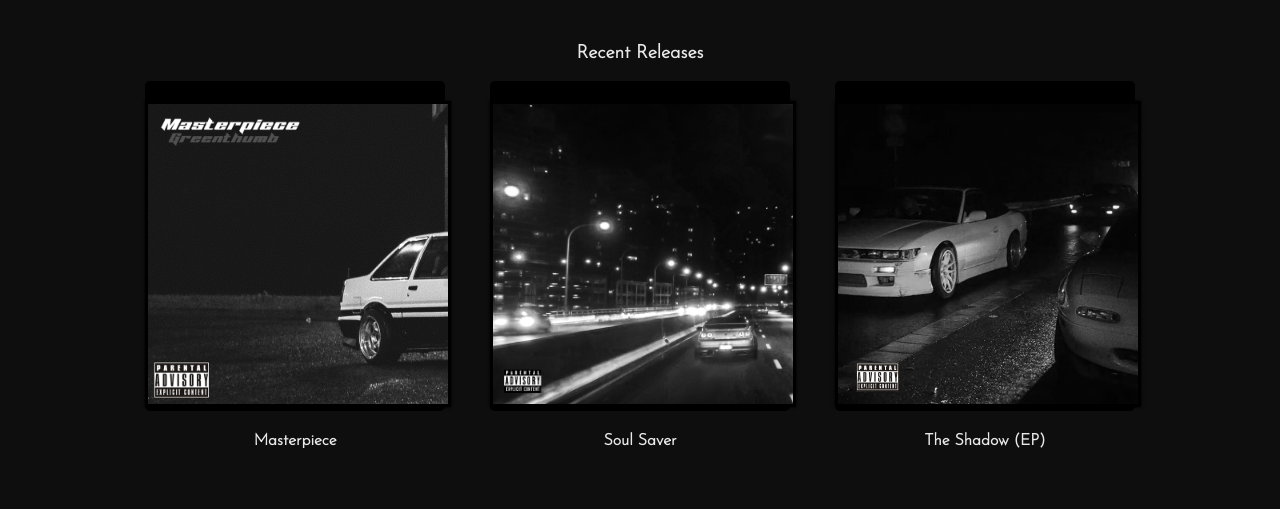
Repository: shayanabedi98/Greenthumb
Page: index.html
The author's editor kept a copy of each file at every save. The page is drawn from the files as they stood at one save, then again after the next save.
The browser window is 1280 px wide. The pictures show the part of the page from y = 734 to 1243 px (the page is 1243 px tall before and 1223 px after).

Above is the page before, as saved 2023-08-15 13:37:15.

After the next save:
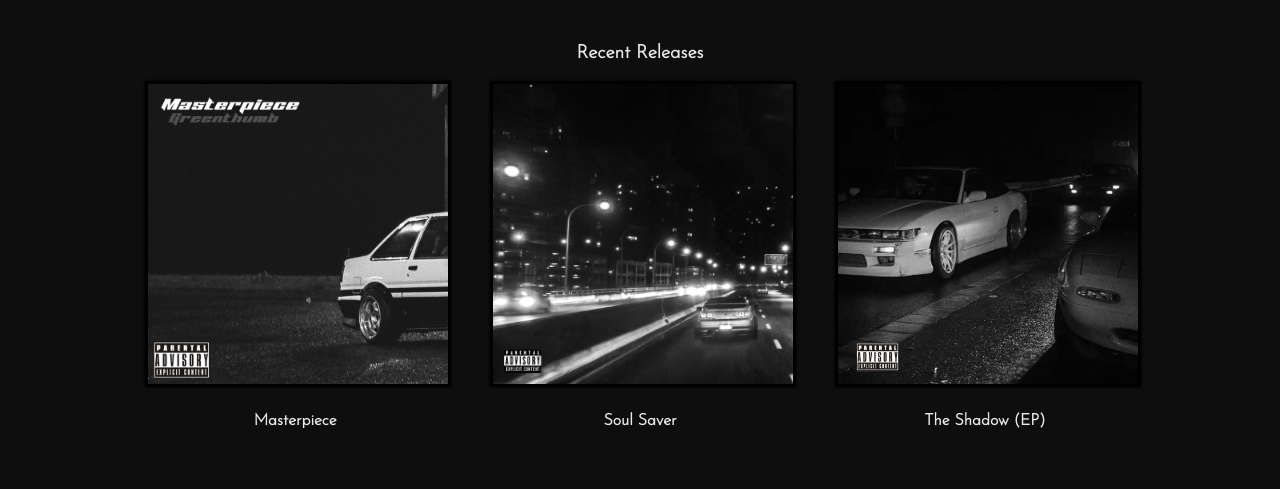
Saved 34 s later.
--- a/styles.css
+++ b/styles.css
@@ -56,7 +56,6 @@
     border-radius: 5px;
     width: 300px;
     height: 300px;
-    padding: 20px 0 10px 0;
     margin: 0 20px;
 }
 
